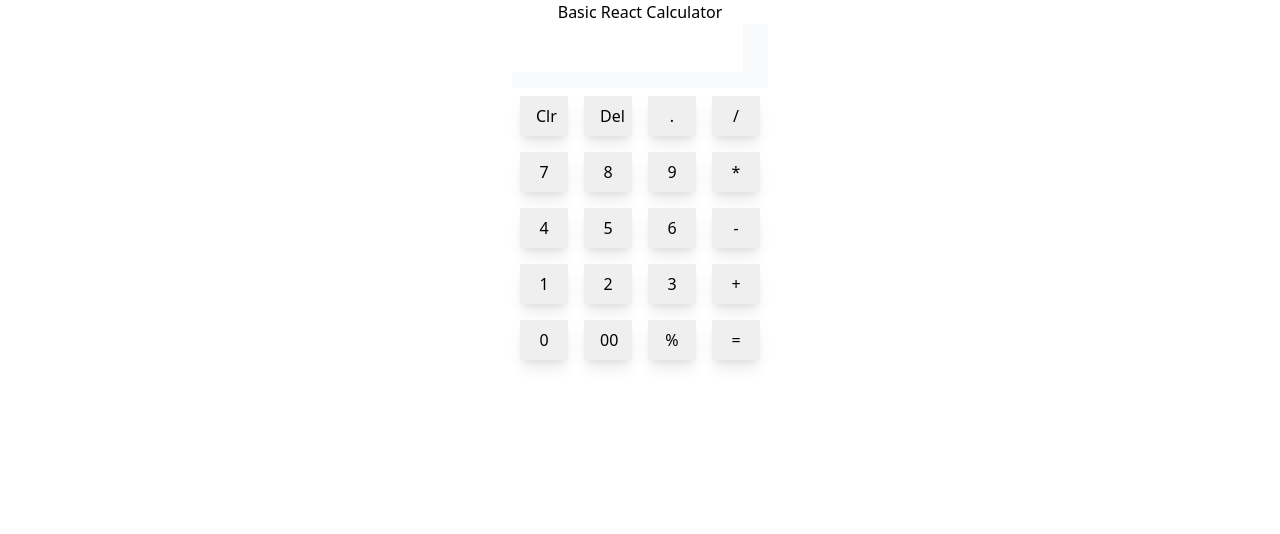
Repository: latenightsnacc/React-Calculator
Page: / (app in docs/react-calculator/)
An editor plug-in stored every save of this project. The page is shown before and after the next save, followed by the edit.
The browser window is 1280 px wide. The pictures show the whole page.
The project was rebuilt for these pictures with package versions that can differ from the ones it lists, and the page was loaded fresh each time. Also part of the build but not shown: docs/react-calculator/craco.config.js.

Above is the page before, as saved 2021-11-11 15:45:40.

After the next save:
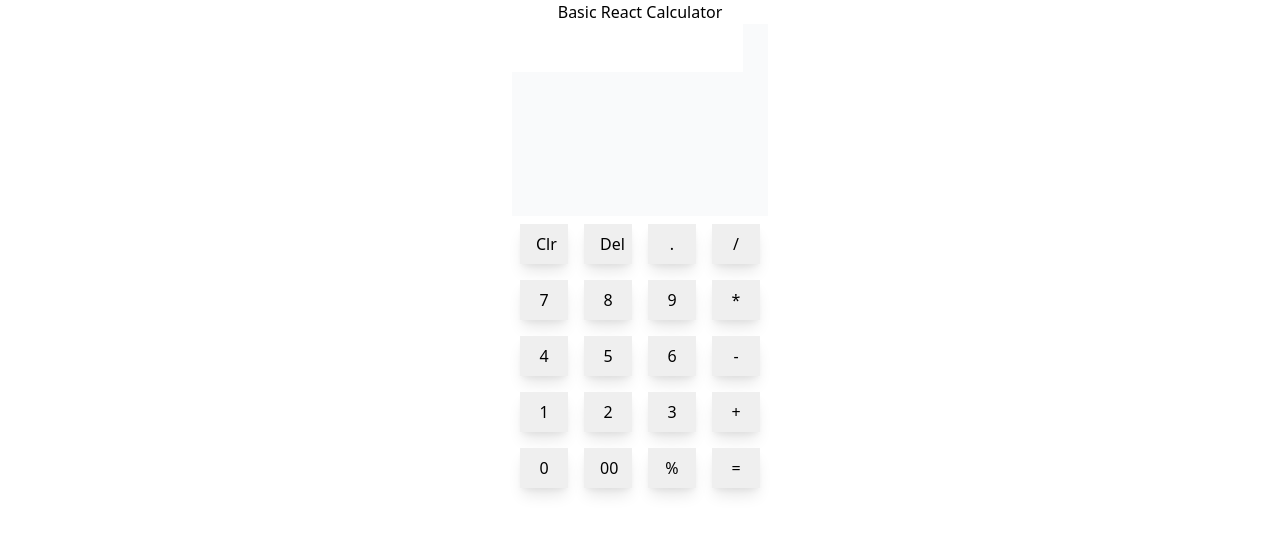
Saved 5 s later.
--- a/docs/react-calculator/src/components/CalculatorScreen.js
+++ b/docs/react-calculator/src/components/CalculatorScreen.js
@@ -3,7 +3,7 @@ import CalculatorOutputRow from './CalculatorOutputRow'
 
 const CalculatorScreen = () => {
     return (
-        <div className="bg-gray-50 w-full h-16">
+        <div className="bg-gray-50 w-full h-48">
             <CalculatorOutputRow/>
             <CalculatorOutputRow/>
         </div>
